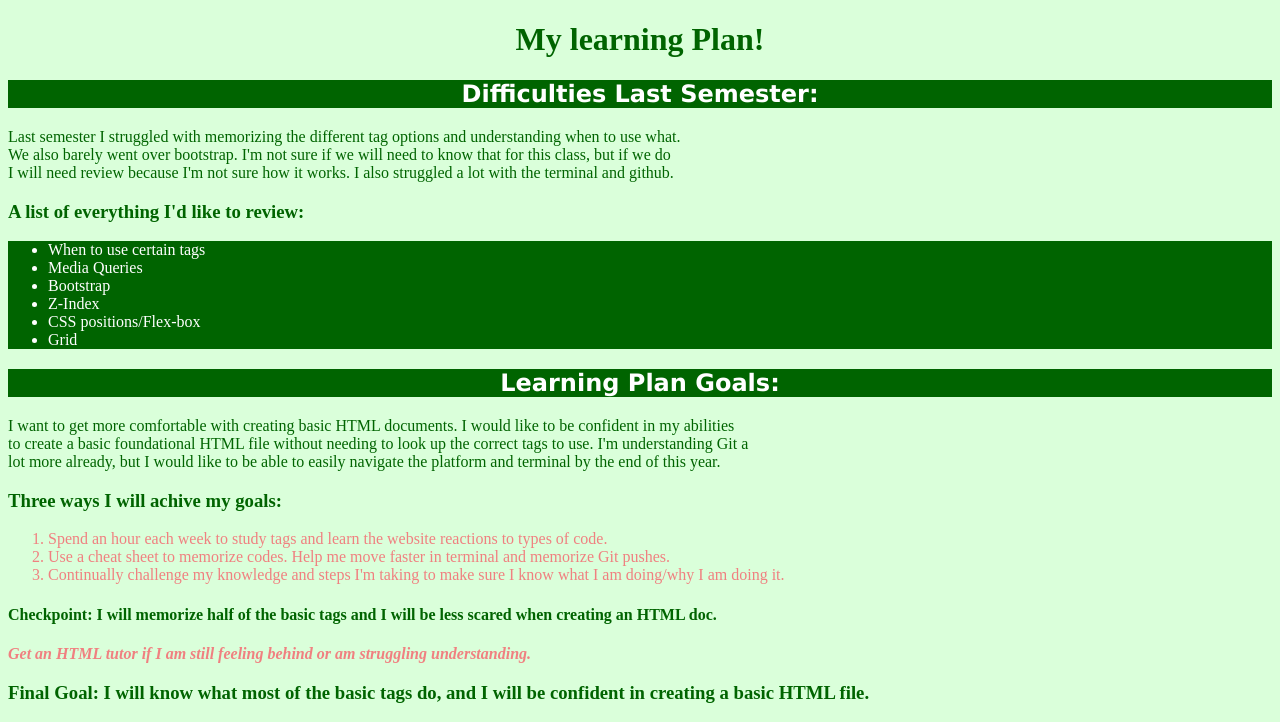
Repository: awollf/mdia-2109
Page: learning-plan.html
These files come from the project's save history. The page is drawn as it stood at one moment and after the next save; the edit follows.
The browser window is 1280 px wide. The pictures show the whole page.

Above is the page before, as saved 2026-02-02 11:41:47.

### learning-plan.html
<!DOCTYPE html>
<html lang="en">
<head>
    <meta charset="UTF-8">
    <meta name="viewport" content="width=device-width, initial-scale=1.0">
    <title>Learning Plan</title>
    <link rel="stylesheet" href="style.css">
</head>


<div class="grid_container">
<body>
    <h1>My learning Plan!</h1>

    <h2>Difficulties Last Semester:</h2>
    <p>Last semester I struggled with memorizing the different tag options and understanding when to use what.
        <br>We also barely went over bootstrap. I'm not sure if we will need to know that for this class, but if we do
        <br>I will need review because I'm not sure how it works. I also struggled a lot with the terminal and github.
    </p>

    <h3>A list of everything I'd like to review:</h3>
    <ul>
        <li>When to use certain tags</li>
        <li>Media Queries</li>
        <li>Bootstrap</li>
        <li>Z-Index</li>
        <li>CSS positions/Flex-box</li>
        <li>Grid</li>
    </ul>

    <h2>Learning Plan Goals:</h2>
    <p>I want to get more comfortable with creating basic HTML documents. I would like to be confident in my abilities
    <br>to create a basic foundational HTML file without needing to look up the correct tags to use. I'm understanding Git a
    <br>lot more already, but I would like to be able to easily navigate the platform and terminal by the end of this year. </p>

        <h3>Three ways I will achive my goals:</h3>

    <ol>
        <li>Spend an hour each week to study tags and learn the website reactions to types of code.</li>
        <li>Use a cheat sheet to memorize codes. Help me move faster in terminal and memorize Git pushes.</li>
        <li>Continually challenge my knowledge and steps I'm taking to make sure I know what I am doing/why I am doing it.</li>
    </ol>

    <h4>Checkpoint: I will memorize half of the basic tags and I will be less scared when creating an HTML doc.</h4>
    <em>Get an HTML tutor if I am still feeling behind or am struggling understanding.</em>

    <h3>Final Goal: I will know what most of the basic tags do, and I will be confident in creating a basic HTML file.</h3>

</body>
</div>
</html>

### style.css
body {
    background-color: rgb(218, 255, 218);
}

.page {
  max-width: 900px;
  margin: 0 auto;
  padding: 1rem;
}

h1 {
    text-align: center;
    color: darkgreen;
    font-family:'Lucida Grande',
    font-weight: bold;
}

h2 {
text-align: center;
color: white;
font-family: 'Lucida Grande';
font-weight: bold;
background-color: darkgreen;
}

p {
    text-align: left;
    color: darkgreen;
    font-family: Lucinda Sans Regular;
}

h3 {
    text-align: left;
    color: darkgreen;
    font-family: 'Lucinda Grande';
}

ul {
    text-align: left;
    color: white;
    background-color: darkgreen;
    font-family: Lucinda Sans Regular;
}

ol {
    text-align: left;
    color: lightcoral;
    font-family: Lucinda Sans Regular;
}

h4 {
    text-align: canter;
    color: darkgreen;
    font-family: 'Lucinda Grande';
    font-weight: bold;
}

em {
    text-align: center;
    color: lightcoral;
    font-family: 'Lucinda Grande';
    font-weight: bold;

}

After the next save:
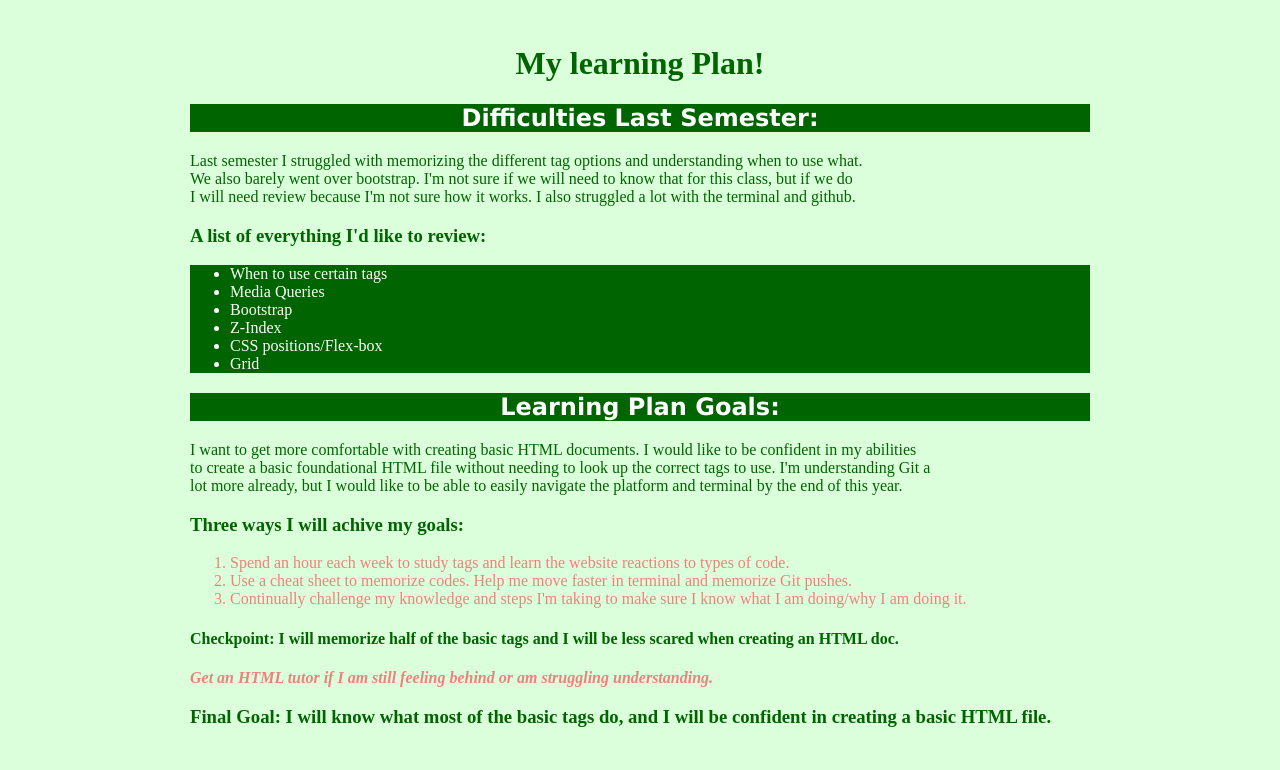
Saved 79 s later.
--- a/learning-plan.html
+++ b/learning-plan.html
@@ -8,7 +8,7 @@
 </head>
 
 
-<div class="grid_container">
+<div class="page">
 <body>
     <h1>My learning Plan!</h1>
 
